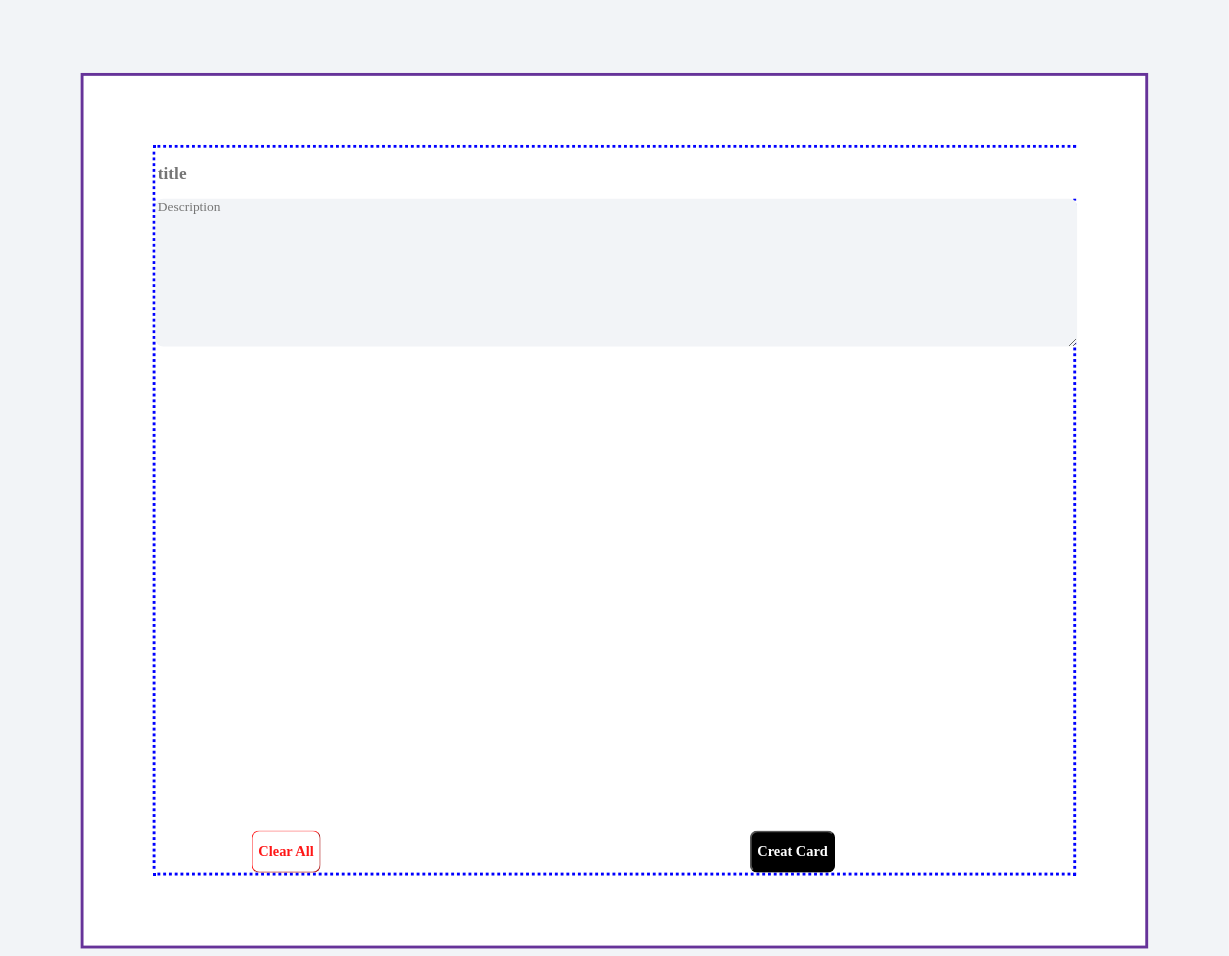
Repository: ReyhanehRahmani/TO-DO
Page: index.html
These files come from the project's save history. The page is drawn as it stood at one moment and after the next save; the edit follows.
The browser window is 1280 px wide. The pictures show the whole page, at 96% of full size.

Above is the page before, as saved 2025-06-07 22:46:30.

After the next save:
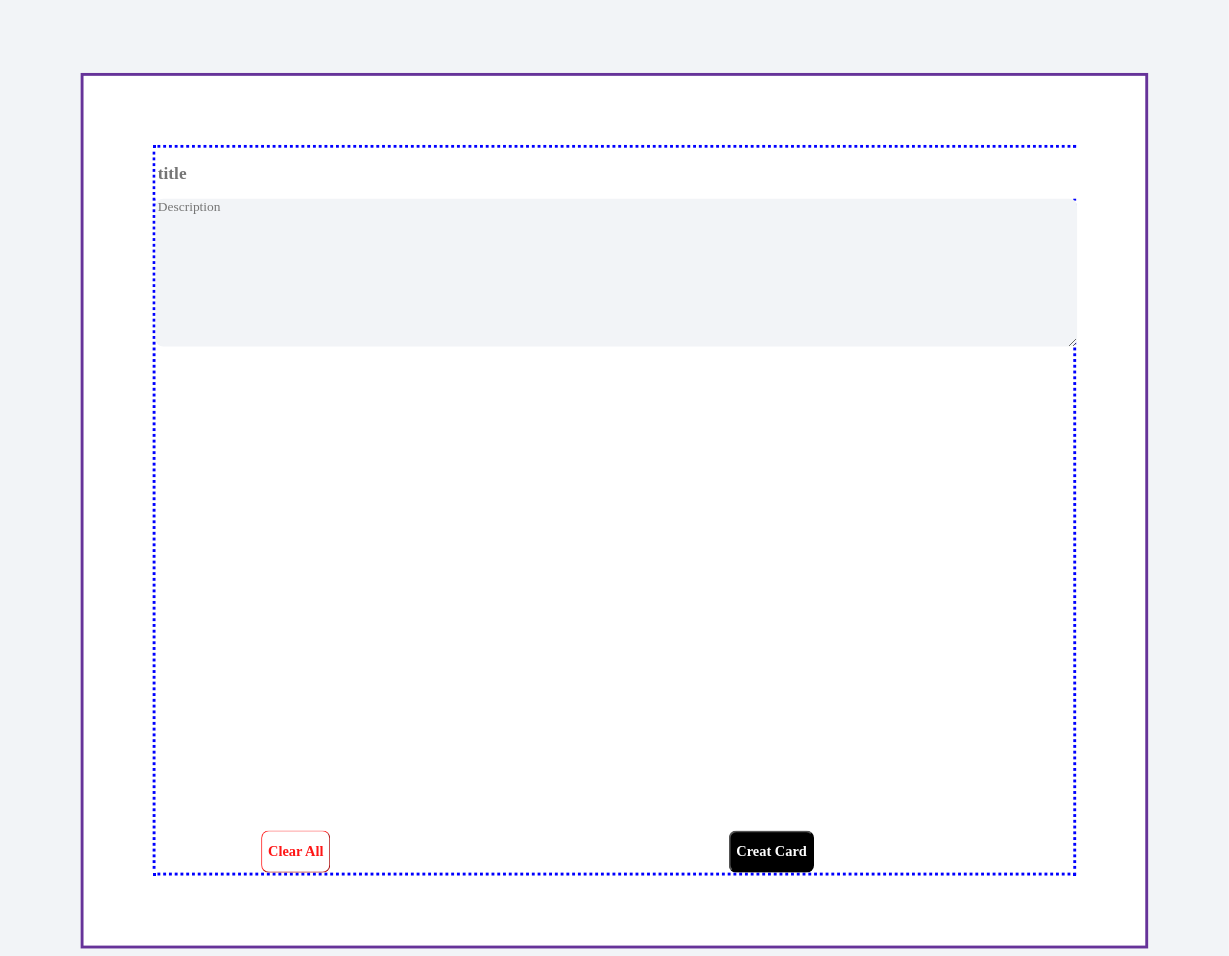
Saved 24 s later.
--- a/style.css
+++ b/style.css
@@ -55,7 +55,7 @@ body{
 #buttons{
     display: flex;
     justify-content: space-between;
-    gap: 100px;
+    gap: 12px;
 
 
 }
